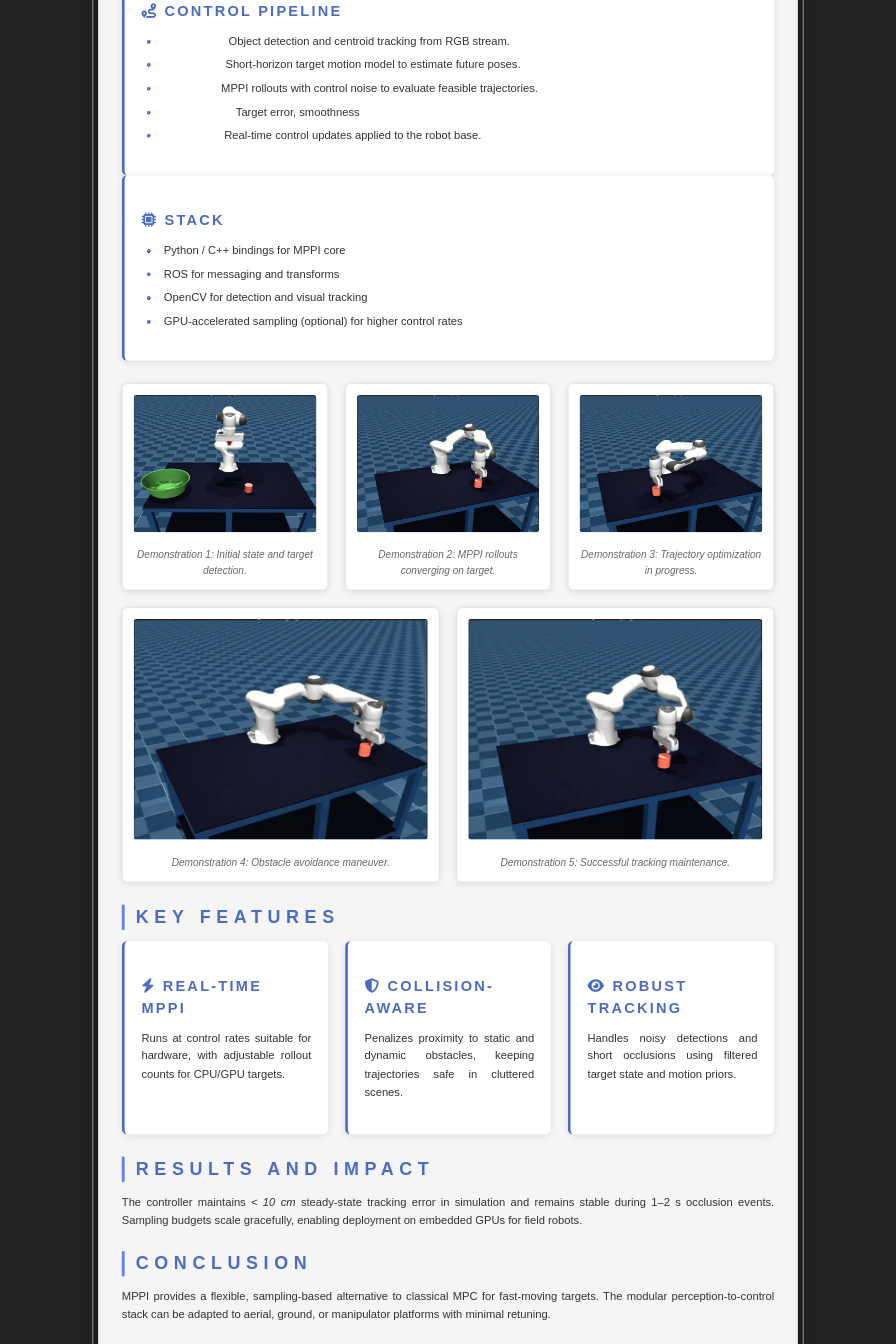
Repository: bk-poudel/bk-poudel.github.io
Page: projects/mppi_dynamic_object_tracking.html
The author's editor kept a copy of each file at every save. The page is drawn from the files as they stood at one save, then again after the next save.
The browser window is 1280 px wide. The pictures show the part of the page from y = 609 to 2529 px (the page is 2677 px tall before and 2412 px after), at 70% of full size.

Above is the page before, as saved 2026-01-04 12:14:49.

### projects/mppi_dynamic_object_tracking.html
<!DOCTYPE HTML>
<html lang="en">
<head>
    <title>MPPI Dynamic Object Tracking - BK Poudel</title>
    <meta charset="utf-8" />
    <meta name="viewport" content="width=device-width, initial-scale=1, user-scalable=no" />
    <link rel="stylesheet" href="assets/css/main.css" />
    <link rel="stylesheet" href="https://cdnjs.cloudflare.com/ajax/libs/font-awesome/6.4.0/css/all.min.css" />
    <noscript><link rel="stylesheet" href="assets/css/noscript.css" /></noscript>
    <style>
        :root {
            --primary: #4b6cc1;
            --secondary: #666666;
            --accent: #5e81f4;
            --light: #f8f8f8;
            --dark: #1a1a1a;
            --text: #333333;
            --frame-color: #dddddd;
            --bg-color: #222222;
            --content-bg: #f5f5f5;
        }
        body {
            background-color: var(--bg-color);
            font-family: 'Arial', sans-serif;
            line-height: 1.6;
            padding: 20px;
        }
        .project-content {
            max-width: 1000px;
            margin: 2rem auto;
            padding: 2rem;
            background: var(--content-bg);
            border-radius: 8px;
            box-shadow: 0 4px 25px rgba(0,0,0,0.4);
            border: 2px solid var(--frame-color);
            position: relative;
            color: var(--text);
        }
        .project-content::before {
            content: "";
            position: absolute;
            top: -10px;
            left: -10px;
            right: -10px;
            bottom: -10px;
            border: 1px solid var(--frame-color);
            border-radius: 12px;
            pointer-events: none;
            z-index: -1;
        }
        h1 {
            text-align: center;
            color: var(--primary);
            font-size: 2.2rem;
            margin-bottom: 1.5rem;
            position: relative;
            padding-bottom: 1rem;
        }
        h1::after {
            content: "";
            position: absolute;
            bottom: 0;
            left: 50%;
            transform: translateX(-50%);
            width: 100px;
            height: 3px;
            background: var(--accent);
        }
        h2 {
            color: var(--primary);
            font-size: 1.6rem;
            margin-top: 2rem;
            margin-bottom: 1rem;
            border-left: 4px solid var(--accent);
            padding-left: 1rem;
        }
        h3 {
            color: var(--primary);
            font-size: 1.3rem;
            margin-top: 1.5rem;
        }
        p {
            text-align: justify;
            margin-bottom: 1.5rem;
            color: var(--text);
        }
        ul {
            padding-left: 1.5rem;
            margin-bottom: 1.25rem;
        }
        li {
            margin-bottom: 0.5rem;
            position: relative;
            color: var(--text);
        }
        li::before {
            content: "•";
            color: var(--accent);
            font-weight: bold;
            position: absolute;
            left: -1rem;
        }
        .button {
            background: var(--primary);
            color: white;
            padding: 0.8rem 1.5rem;
            border-radius: 4px;
            text-decoration: none;
            display: inline-flex;
            align-items: center;
            transition: all 0.3s ease;
            font-weight: 500;
            border: none;
        }
        .button:hover {
            background: var(--accent);
            transform: translateY(-2px);
        }
        .abstract {
            background-color: rgba(75, 108, 193, 0.1);
            padding: 1.5rem;
            border-radius: 8px;
            margin-bottom: 2rem;
            border-left: 4px solid var(--primary);
        }
        .figure-container {
            display: flex;
            justify-content: space-around;
            flex-wrap: wrap;
            gap: 1.5rem;
            margin: 2rem 0;
        }
        .figure {
            flex: 1;
            min-width: 250px;
            text-align: center;
            background: white;
            padding: 1rem;
            border-radius: 8px;
            box-shadow: 0 2px 10px rgba(0,0,0,0.1);
            transition: transform 0.3s ease;
            border: 1px solid #e0e0e0;
        }
        .figure:hover { transform: translateY(-5px); }
        .figure img {
            width: 100%;
            height: auto;
            object-fit: cover;
            border-radius: 4px;
            margin-bottom: 0.8rem;
        }
        .figure-caption {
            font-style: italic;
            color: var(--secondary);
            font-size: 0.9rem;
        }
        .feature-list {
            display: grid;
            grid-template-columns: repeat(auto-fit, minmax(280px, 1fr));
            gap: 1.5rem;
        }
        .feature-item {
            background: white;
            padding: 1.5rem;
            border-radius: 8px;
            box-shadow: 0 2px 10px rgba(0,0,0,0.1);
            border-left: 4px solid var(--primary);
        }
        @media (max-width: 768px) {
            .project-content { padding: 1.5rem; margin: 1rem; }
            h1 { font-size: 1.8rem; }
            .figure-container { flex-direction: column; }
        }
    </style>
</head>
<body class="is-preload">
    <div class="project-content">
        <h1>MPPI-Based Dynamic Object Tracking</h1>
        <div class="abstract">
            <h2>Abstract</h2>
            <p>This project implements Model Predictive Path Integral (MPPI) control for dynamic object tracking. A vision pipeline detects and tracks moving targets, while MPPI samples control rollouts in real time to generate collision-free trajectories for a mobile robot. The system runs at control rates suitable for hardware deployment and remains robust to sensor noise and partial occlusion.</p>
        </div>
        <div class="technologies-used">
            <h2>Technical Implementation</h2>
            <div class="feature-item">
                <h3><i class="fas fa-route"></i> Control Pipeline</h3>
                <ul>
                    <li><strong>Perception:</strong> Object detection and centroid tracking from RGB stream.</li>
                    <li><strong>Prediction:</strong> Short-horizon target motion model to estimate future poses.</li>
                    <li><strong>Sampling:</strong> MPPI rollouts with control noise to evaluate feasible trajectories.</li>
                    <li><strong>Cost Design:</strong> Target error, smoothness</li>
                    <li><strong>Execution:</strong> Real-time control updates applied to the robot base.</li>
                </ul>
            </div>
            <div class="feature-item">
                <h3><i class="fas fa-microchip"></i> Stack</h3>
                <ul>
                    <li>Python / C++ bindings for MPPI core</li>
                    <li>ROS for messaging and transforms</li>
                    <li>OpenCV for detection and visual tracking</li>
                    <li>GPU-accelerated sampling (optional) for higher control rates</li>
                </ul>
            </div>
        </div>
        <div class="figure-container">
            <div class="figure">
            <img src="../assets/project_images/MPPI/wemp-1.webp" alt="MPPI tracking visualization 1">
            <div class="figure-caption">Demonstration 1: Initial state and target detection.</div>
            </div>
            <div class="figure">
            <img src="../assets/project_images/MPPI/wemp-2.webp" alt="MPPI tracking visualization 2">
            <div class="figure-caption">Demonstration 2: MPPI rollouts converging on target.</div>
            </div>
            <div class="figure">
            <img src="../assets/project_images/MPPI/wemp-3.webp" alt="MPPI tracking visualization 3">
            <div class="figure-caption">Demonstration 3: Trajectory optimization in progress.</div>
            </div>
            <div class="figure">
            <img src="../assets/project_images/MPPI/wemp-4.webp" alt="MPPI tracking visualization 4">
            <div class="figure-caption">Demonstration 4: Obstacle avoidance maneuver.</div>
            </div>
            <div class="figure">
            <img src="../assets/project_images/MPPI/wemp-5.webp" alt="MPPI tracking visualization 5">
            <div class="figure-caption">Demonstration 5: Successful tracking maintenance.</div>
            </div>
        </div>
        <div class="products-created">
            <h2>Key Features</h2>
            <div class="feature-list">
                <div class="feature-item">
                    <h3><i class="fas fa-bolt"></i> Real-Time MPPI</h3>
                    <p>Runs at control rates suitable for hardware, with adjustable rollout counts for CPU/GPU targets.</p>
                </div>
                <div class="feature-item">
                    <h3><i class="fas fa-shield-alt"></i> Collision-Aware</h3>
                    <p>Penalizes proximity to static and dynamic obstacles, keeping trajectories safe in cluttered scenes.</p>
                </div>
                <div class="feature-item">
                    <h3><i class="fas fa-eye"></i> Robust Tracking</h3>
                    <p>Handles noisy detections and short occlusions using filtered target state and motion priors.</p>
                </div>
            </div>
        </div>
        <div class="impact">
            <h2>Results and Impact</h2>
            <p>The controller maintains <em>< 10 cm</em> steady-state tracking error in simulation and remains stable during 1–2 s occlusion events. Sampling budgets scale gracefully, enabling deployment on embedded GPUs for field robots.</p>
        </div>
        <div class="conclusion">
            <h2>Conclusion</h2>
            <p>MPPI provides a flexible, sampling-based alternative to classical MPC for fast-moving targets. The modular perception-to-control stack can be adapted to aerial, ground, or manipulator platforms with minimal retuning.</p>
        </div>
        <div class="home-button" style="text-align: center; margin-top: 3rem;">
            <a href="../index.html#projects" class="button">
                <i class="fas fa-arrow-left"></i>
                Back to Projects
            </a>
        </div>
    </div>
    <script src="assets/js/jquery.min.js"></script>
    <script src="assets/js/browser.min.js"></script>
    <script src="assets/js/breakpoints.min.js"></script>
    <script src="assets/js/util.js"></script>
    <script src="assets/js/main.js"></script>
</body>
</html>

Loaded but not shown: assets/js/jquery.min.js (library); assets/js/browser.min.js (common file); assets/js/breakpoints.min.js (common file); assets/css/fontawesome-all.min.css (library); assets/js/util.js (587 lines, source omitted); assets/js/main.js (401 lines, source omitted); assets/css/main.css (1753 lines, source omitted)

After the next save:
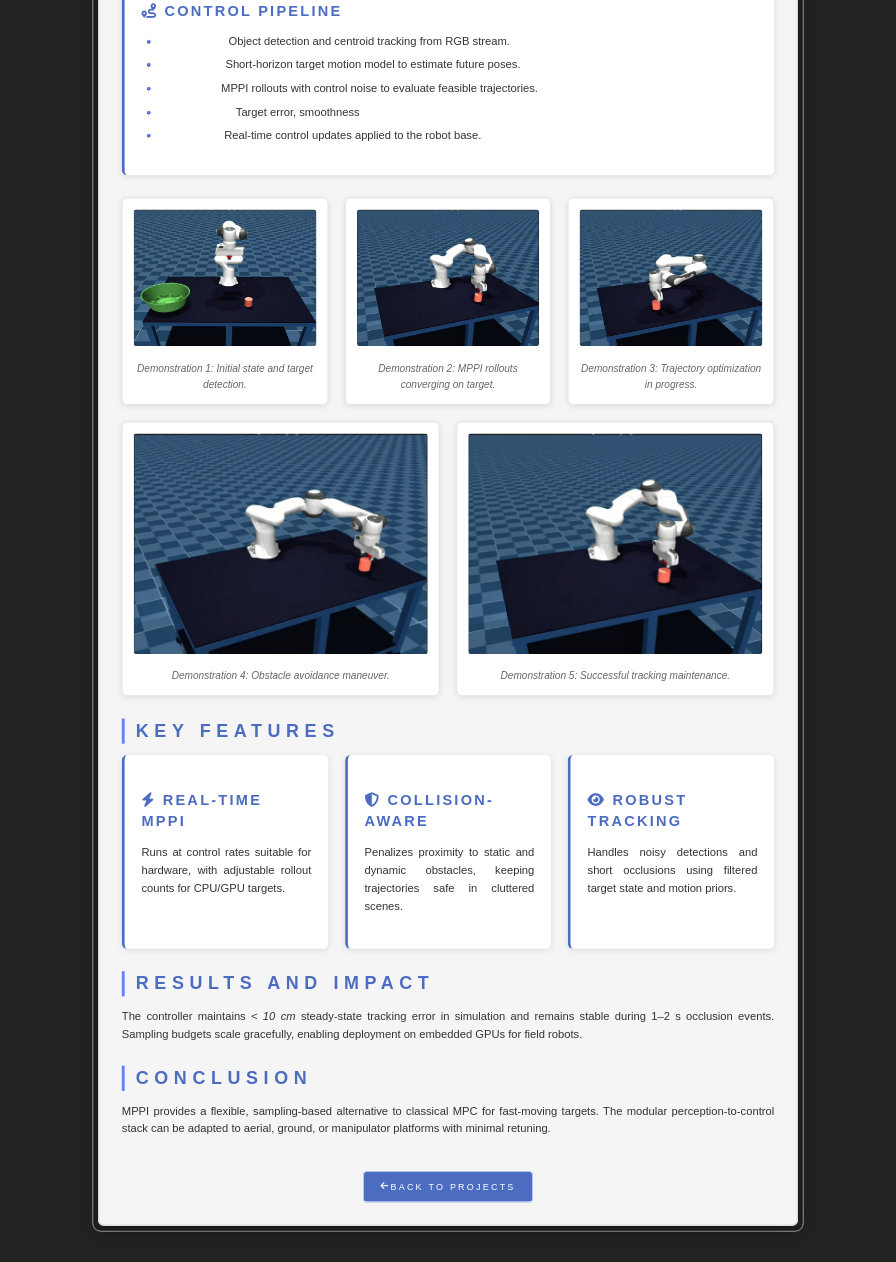
Saved 6 s later.
--- a/projects/mppi_dynamic_object_tracking.html
+++ b/projects/mppi_dynamic_object_tracking.html
@@ -192,15 +192,6 @@
                     <li><strong>Execution:</strong> Real-time control updates applied to the robot base.</li>
                 </ul>
             </div>
-            <div class="feature-item">
-                <h3><i class="fas fa-microchip"></i> Stack</h3>
-                <ul>
-                    <li>Python / C++ bindings for MPPI core</li>
-                    <li>ROS for messaging and transforms</li>
-                    <li>OpenCV for detection and visual tracking</li>
-                    <li>GPU-accelerated sampling (optional) for higher control rates</li>
-                </ul>
-            </div>
         </div>
         <div class="figure-container">
             <div class="figure">
